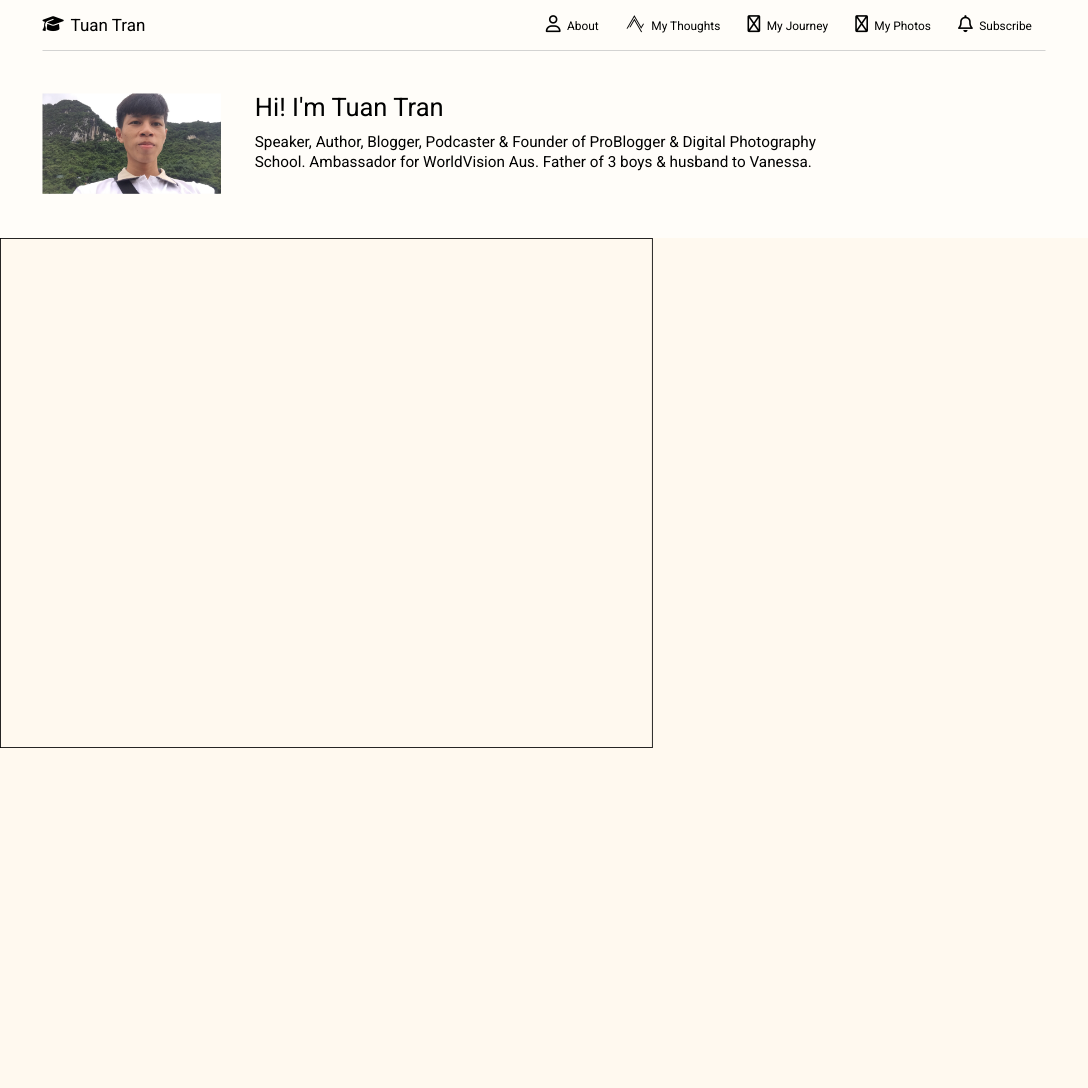
Repository: TranDinhTuann/Blog-Demo
Page: index.html
An editor plug-in stored every save of this project. The page is shown before and after the next save, followed by the edit.
The browser window is 1280 px wide. The pictures show the whole page, at 85% of full size.

Above is the page before, as saved 2023-03-20 11:47:55.

After the next save:
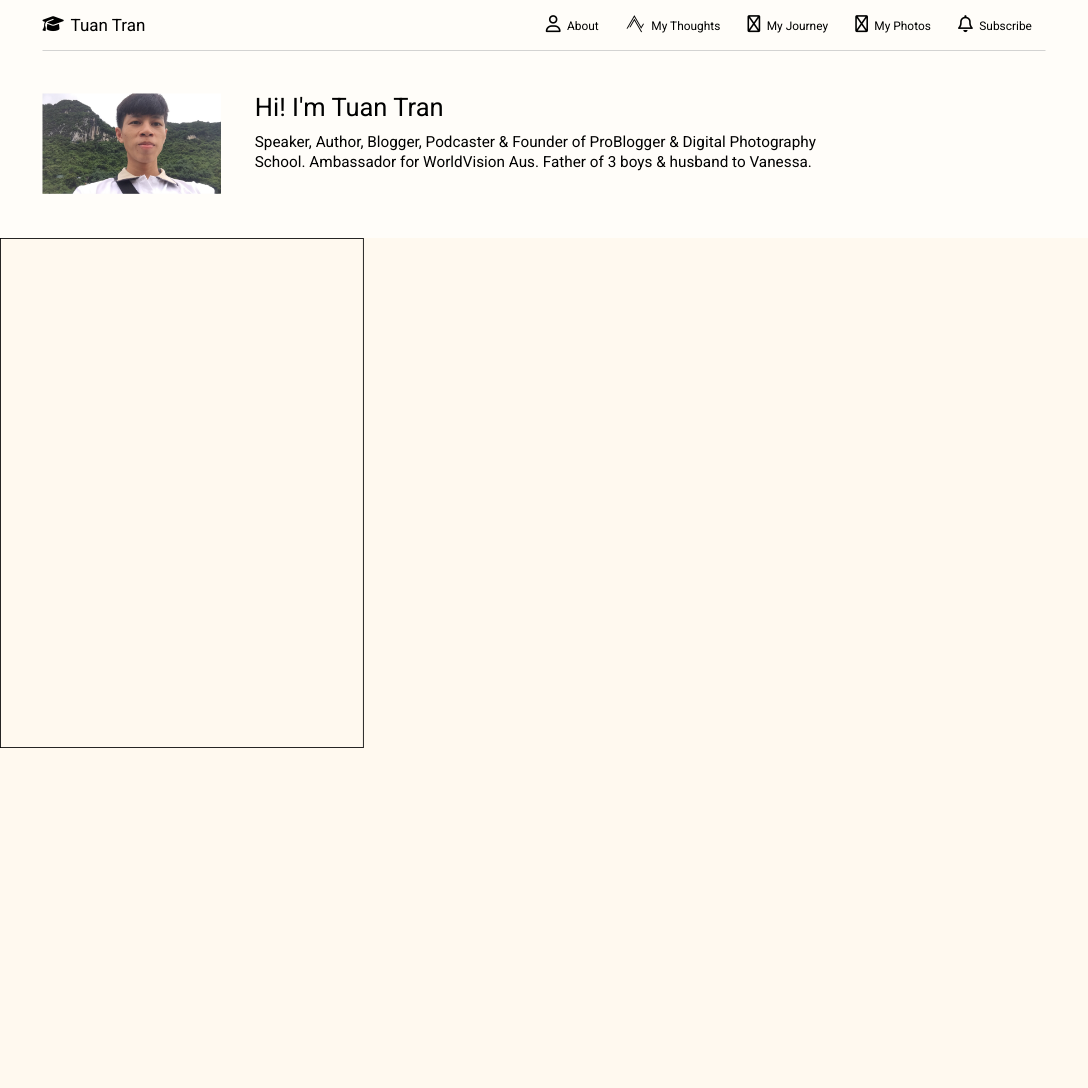
Saved 2 days later.
--- a/assets/css/main.css
+++ b/assets/css/main.css
@@ -96,12 +96,15 @@
 .grid {
     background-color: rgb(255, 249, 239);
     height: 1000px;
+    display: flex;
 }
 .content {
-    width: 60%;
+    /* width: 60%; */
     border: 1px solid #000;
     height: 600px;
+    flex: 1;
 }
 .sitebar {
-    width: 40%;
+    /* width: 40%; */
+    flex: 2;
 }
